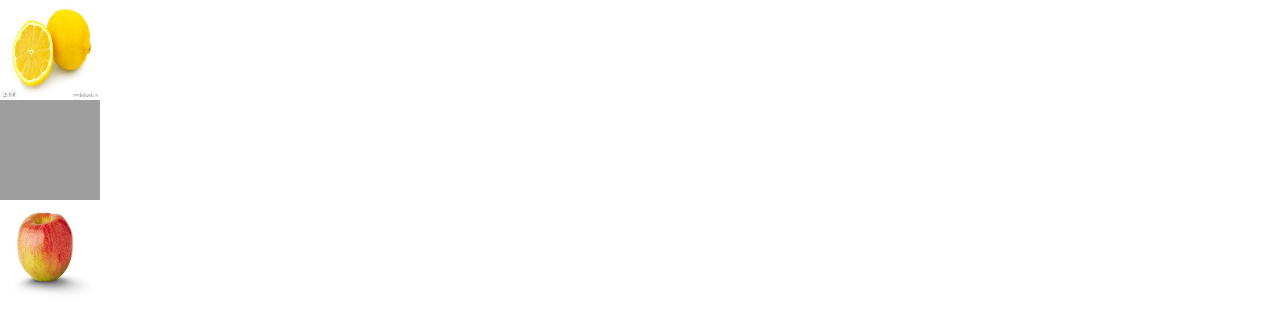
Repository: AytacSafarova/Foods-website
Page: index.html
These files come from the project's save history. The page is drawn as it stood at one moment and after the next save; the edit follows.
The browser window is 1280 px wide. The pictures show the whole page.
Pictures or frames that could not be fetched are drawn as grey boxes.

Above is the page before, as saved 2023-04-27 16:38:19.

### index.html
<!DOCTYPE html>
<html lang="en">
<head>
    <meta charset="UTF-8">
    <meta http-equiv="X-UA-Compatible" content="IE=edge">
    <meta name="viewport" content="width=device-width, initial-scale=1.0">
    <title>Document</title>
    <link rel="stylesheet" href="./index.css">
</head>
<body>
    <div class="container">
<img src="data:[embedded picture, 5683 characters]" alt="">
<img src="https://media.istockphoto.com/id/494037460/tr/foto%C4%9Fraf/orange-fruit-isolated-on-a-white-background.jpg?s=612x612&w=0&k=20&c=xPL1UfgSASmRE4zJvoKzqwJ5953UY92ykNJOaUsOSJM=" alt="">
<img src="/download.jpg" alt="">
</div>
</body>
</html>

### index.css
*{
    margin: 0;
    padding: 0;
}
.child{
    width: 300px;
    height: 300px;
    background-color: #AEC2B6;
    margin-right: 20px;
}
.container{
    display: flex;
    flex-direction: column;
}
img{
    width: 100px;
    height: 100px;
}

After the next save:
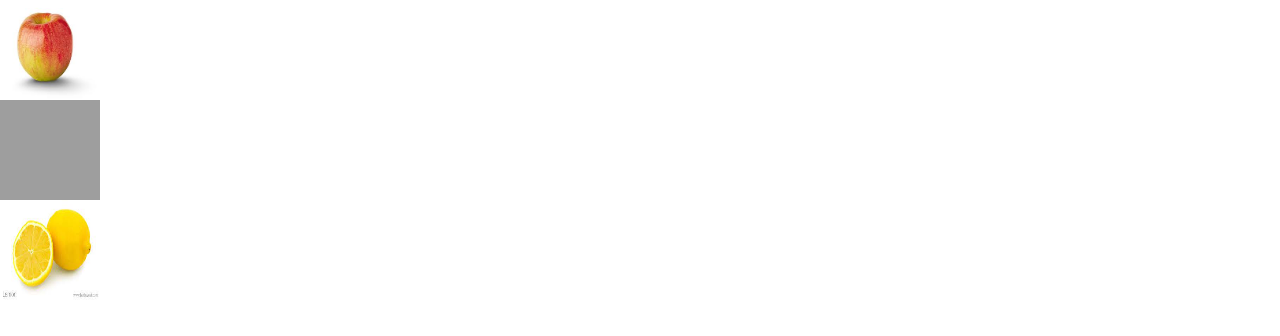
Saved 59 s later.
--- a/index.css
+++ b/index.css
@@ -10,7 +10,7 @@
 }
 .container{
     display: flex;
-    flex-direction: column;
+    flex-direction: column-reverse;
 }
 img{
     width: 100px;
